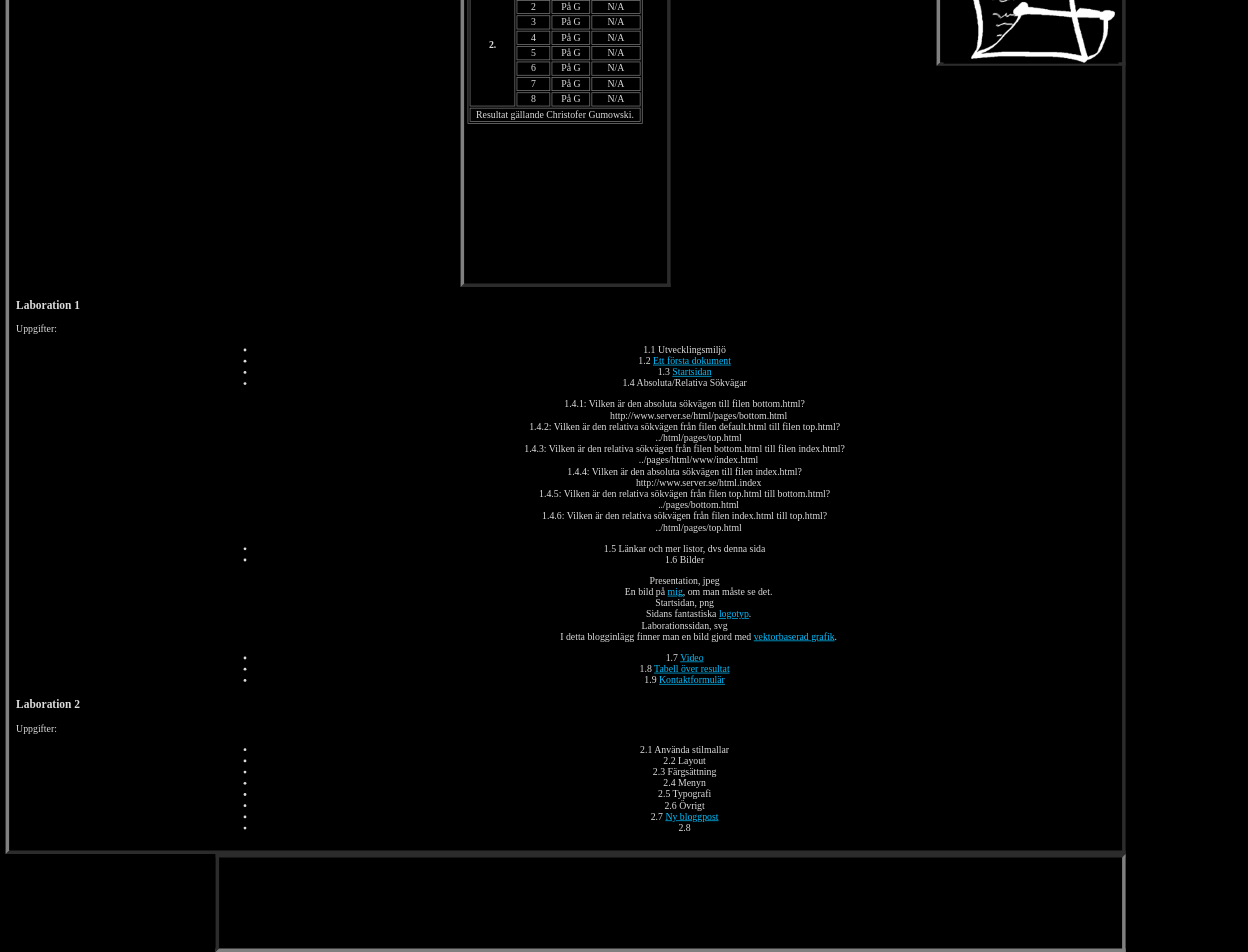
Repository: cg222im/1IK415_cg222im
Page: pages/laborationer.html
The author's editor kept a record of every edit. The page is drawn from the files as they stood at one moment, then again after the next edit.
The browser window is 1280 px wide. The page is 1783 px wide, so the pictures cover 1783 px, including what lies to the right of the window. The pictures show the part of the page from y = 510 to 1870 px (the page is 1870 px tall), at 70% of full size.

Above is the page before.

After the next edit:
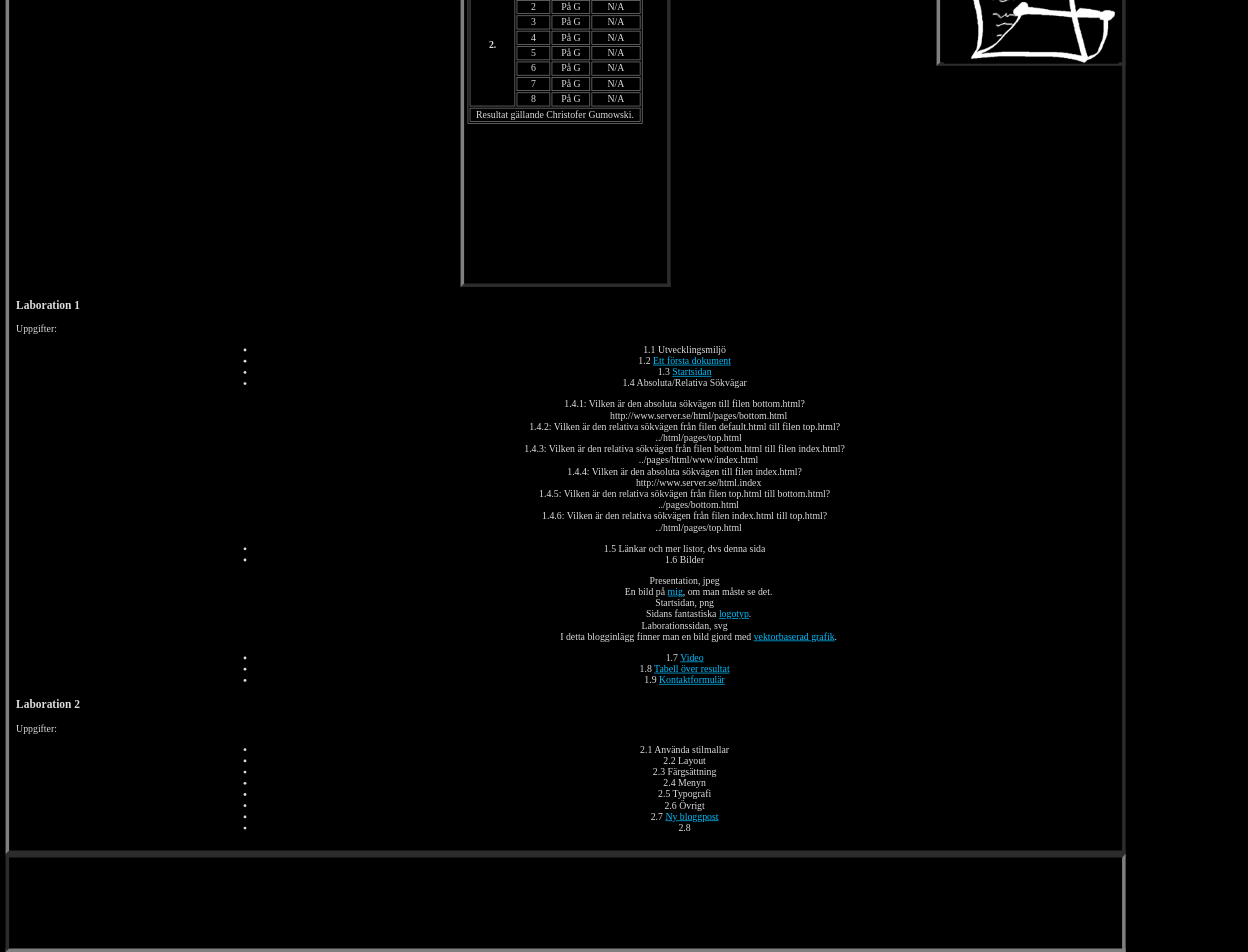
The edit:
--- a/css/style.css
+++ b/css/style.css
@@ -56,7 +56,7 @@
     padding: 5px;
     height: 120pX;
 }
-.footer, ol, li {
+ol, li {
     color: #DCDCDC;
     text-align: center;
     margin-left: 300px;
